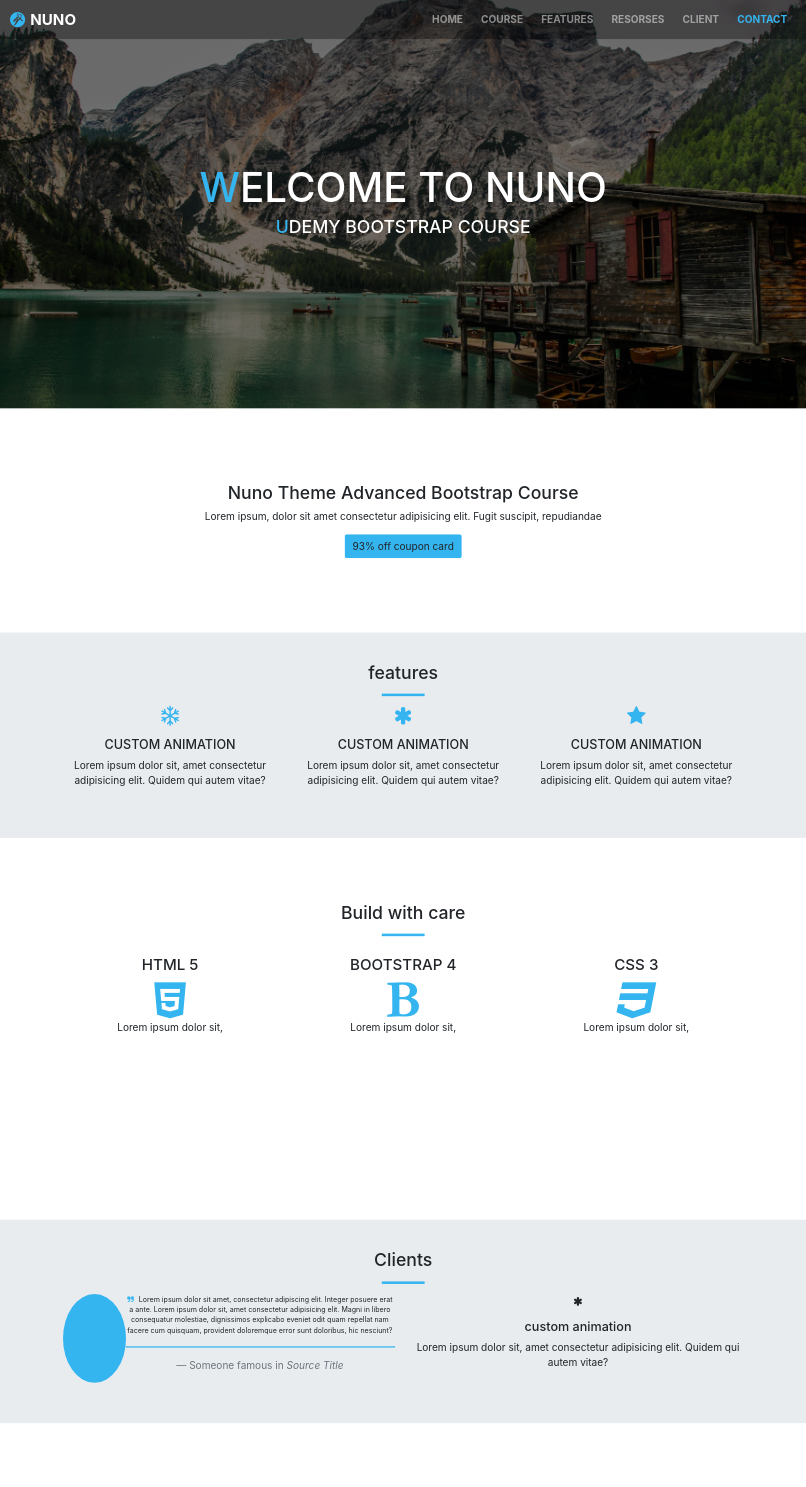
Repository: Mietlicha/bootstrap_template_exercise
Page: index.html
An editor plug-in stored every save of this project. The page is shown before and after the next save, followed by the edit.
The browser window is 1280 px wide. The pictures show the whole page, at 63% of full size.

Above is the page before, as saved 2019-11-19 22:29:59.

### index.html
<!DOCTYPE html>
<html lang="en">

<head>
    <meta charset="UTF-8">
    <meta name="viewport" content="width=device-width, initial-scale=1.0">
    <meta http-equiv="X-UA-Compatible" content="ie=edge">
    <title>Bootstrap template</title>
    <link rel="stylesheet" href="https://stackpath.bootstrapcdn.com/bootstrap/4.3.1/css/bootstrap.min.css"
        integrity="sha384-ggOyR0iXCbMQv3Xipma34MD+dH/1fQ784/j6cY/iJTQUOhcWr7x9JvoRxT2MZw1T" crossorigin="anonymous">
    <link rel="stylesheet" href="style.css">
    <link rel="stylesheet" href="https://cdnjs.cloudflare.com/ajax/libs/font-awesome/4.7.0/css/font-awesome.min.css">
</head>

<body data-spy="scroll" data-target="#main-nav">
    <!--------------------nav/home-------------------------------------------------------------------->
    <nav id="main-nav" class="navbar navbar-expand-md navbar-dark bg-dark font-weight-bold fixed-top">
        <a class="navbar-brand" href="#"><i class="fa fa-grav mr-2" aria-hidden="true"></i>Nuno</a>
        <button class="navbar-toggler" type="button" data-toggle="collapse" data-target="#navbarSupportedContent"
            aria-controls="navbarSupportedContent" aria-expanded="false" aria-label="Toggle navigation">
            <span class="navbar-toggler-icon"></span>
        </button>

        <div class="collapse navbar-collapse" id="navbarSupportedContent">
            <ul class="navbar-nav ml-auto">
                <li class="nav-item">
                    <a class="nav-link" href="#home">Home</a>
                </li>
                <li class="nav-item">
                    <a class="nav-link" href="#course">Course</a>
                </li>
                <li class="nav-item">
                    <a class="nav-link" href="#feature">Features</a>
                </li>
                <li class="nav-item">
                    <a class="nav-link" href="#resources">Resorses</a>
                </li>
                <li class="nav-item">
                    <a class="nav-link" href="#client">Client</a>
                </li>
                <li class="nav-item">
                    <a class="nav-link" href="#contact">Contact</a>
                </li>
        </div>
    </nav>
<!--------------------main----------------------------------------------------------------->
<main>
    <!--------------------home-------------------->
    <section id="home">
        <div class="home--landing-page">
        </div>
        <div class="home--caption">
            <h1>Welcome to Nuno</h1>
            <h3>Udemy bootstrap course</h3>
        </div>
    </section>

    <!--------------------corse-------------------->
    <section id="course" class="container text-center mt-5 mb-5">
        <header><h3>Nuno Theme Advanced Bootstrap Course</h3></header>
        <p>Lorem ipsum, dolor sit amet consectetur adipisicing elit. Fugit suscipit, repudiandae
        </p>
        <a href="#" class="btn btn-md" target="_blnk">93% off coupon card</a>
    </section>
    <!--------------------feature-------------------->
    <section id="feature">
            <div class="jumbotron jumbotron-fluid text-center pt-5">
                    <header><h3>features</h3></header>
                    <hr>
                    <div class="container d-md-flex">
                        <div class="feature-item col-md-4">
                            <i class="fa fa-snowflake-o" aria-hidden="true"></i>
                            <h5 class="pt-3">custom animation</h5>
                            <p>Lorem ipsum dolor sit, amet consectetur adipisicing elit. Quidem qui autem vitae?</p>
                        </div>
                        <div class="feature-item col-md-4">
                                <i class="fa fa-asterisk" aria-hidden="true"></i>
                                <h5 class="pt-3">custom animation</h5>
                                <p>Lorem ipsum dolor sit, amet consectetur adipisicing elit. Quidem qui autem vitae?</p>
                        </div>
                        <div class="feature-item col-md-4">
                                <i class="fa fa-star" aria-hidden="true"></i>
                                <h5 class="pt-3">custom animation</h5>
                                <p>Lorem ipsum dolor sit, amet consectetur adipisicing elit. Quidem qui autem vitae?</p>
                        </div>
                    </div>
                  </div>
    </section>
    <!--------------------Resourses-------------------->
    <section id="resources">
                <header><h3 class="text-center">Build with care</h3></header>
                <hr>
                <div class="container d-md-flex text-center">
                    <div class="resources-item col-md-4">
                        <h5 class="pt-3">Html 5</h5>
                        <i class="fa fa-html5" aria-hidden="true"></i>
                        <p>Lorem ipsum dolor sit,</p>
                    </div>
                    <div class="resources-item col-md-4">
                            <h5 class="pt-3">Bootstrap 4</h5>
                            <i class="fa fa-bold" aria-hidden="true"></i>
                            <p>Lorem ipsum dolor sit,</p>
                     </div>
                     <div class="resources-item col-md-4">
                            <h5 class="pt-3">CSS 3</h5>
                            <i class="fa fa-css3" aria-hidden="true"></i>
                            <p>Lorem ipsum dolor sit,</p>
                    </div>
                </div>
    </section>
    <!--------------------Client-------------------->
    <section id="client">
        <div class="jumbotron jumbotron-fluid text-center pt-5">
                <header><h3>Clients</h3></header>
                <hr class="client__main-hr">
                <div class="container d-md-flex">
                    <div class="feature-item col-md-6 d-md-flex">
                        <div class="foto"></div>
                        <blockquote class="blockquote">
                            <p class="mb-0">Lorem ipsum dolor sit amet, consectetur adipiscing elit. Integer posuere erat a ante. Lorem ipsum dolor sit, amet consectetur adipisicing elit. Magni in libero consequatur molestiae, dignissimos explicabo eveniet odit quam repellat nam facere cum quisquam, provident doloremque error sunt doloribus, hic nesciunt?</p>
                            <hr class="client__blockquote-hr text-left">
                            <footer class="blockquote-footer">Someone famous in <cite title="Source Title">Source Title</cite></footer>
                        </blockquote>
                    </div>
                    <div class="feature-item col-md-6">
                            <i class="fa fa-asterisk" aria-hidden="true"></i>
                            <h5 class="pt-3">custom animation</h5>
                            <p>Lorem ipsum dolor sit, amet consectetur adipisicing elit. Quidem qui autem vitae?</p>
                    </div>
                </div>
            </div>

    </section>
    <!--------------------Contact-------------------->
    <section id="contact">

    </section>
</main>

    <script src="https://code.jquery.com/jquery-3.3.1.slim.min.js"
        integrity="sha384-q8i/X+965DzO0rT7abK41JStQIAqVgRVzpbzo5smXKp4YfRvH+8abtTE1Pi6jizo"
        crossorigin="anonymous"></script>
    <script src="https://cdnjs.cloudflare.com/ajax/libs/popper.js/1.14.7/umd/popper.min.js"
        integrity="sha384-UO2eT0CpHqdSJQ6hJty5KVphtPhzWj9WO1clHTMGa3JDZwrnQq4sF86dIHNDz0W1"
        crossorigin="anonymous"></script>
    <script src="https://stackpath.bootstrapcdn.com/bootstrap/4.3.1/js/bootstrap.min.js"
        integrity="sha384-JjSmVgyd0p3pXB1rRibZUAYoIIy6OrQ6VrjIEaFf/nJGzIxFDsf4x0xIM+B07jRM"
        crossorigin="anonymous"></script>
</body>

</html>

### style.css
:root{
--main-colour: rgb(53, 181, 240);
font-size: 14px;
}

body{
    position: relative;
}

section:not(#home){
    padding-top: 70px;
}

/************************NAV******************************************/
.bg-dark {
    background-color: #0a0a0a60!important;
}

.navbar-dark .navbar-nav .nav-link:hover{
    color: rgb(255, 255, 255);
}

.nav-link{
    padding: 0 7rem;
}

#main-nav {
text-transform: uppercase;
}

#main-nav .navbar-brand{
    font-size: 1.5rem;
}

#main-nav .navbar-brand i{
    color: var(--main-colour);
}

.navbar-dark .navbar-nav .nav-link.active{
    color: var(--main-colour);
    font-weight: bold;
}

.navbar-dark .navbar-nav .nav-link{
    padding-top: .9rem;
}

/************************Home******************************************/
#home{
    position: relative;
}

.home--landing-page{
    background: linear-gradient(rgba(0, 0, 0, 0.534), rgba(0, 0, 0, 0.534)), url(img/tlo.jpg) center/cover no-repeat;
    width: 100vw;
    height: 90vh;
}

.home--caption{
    width: 100%;
    position: absolute;
    top: 40%;
    z-index: 3;
    text-align: center;
    color: #fff;
    text-transform: uppercase;
}

.home--caption h1{
    font-size: 4rem;
}

.home--caption h1::first-letter, .home--caption h3::first-letter{
    color: var(--main-colour);
}

/************************Course******************************************/
#course .btn{
    background-color: var(--main-colour);
}

/************************Feature******************************************/
#feature hr{
    width: 5%;
    border: 2px solid var(--main-colour);
}

#feature i{
    color: var(--main-colour);
    font-size: 2rem;
}

#feature .feature-item h5{
    text-transform: uppercase;
}

/************************Resources******************************************/
#resources{
min-height: 70vh;
}

#resources h5{
    font-size: 1.5rem;
    text-transform: uppercase;
}

#resources i{
    color: var(--main-colour);
    font-size: 4rem;
}

#resources hr{
    width: 5%;
    border: 2px solid var(--main-colour);
}

/************************Clients******************************************/
.client__main-hr{
    width: 5%;
    border: 2px solid var(--main-colour);
}

#client .foto{
    min-width: 100px;
    min-height: 100px;
    border-radius: 50%;
    background-color: var(--main-colour);
}

#client blockquote p::before{
    content: "\f10e ";
    font-family: FontAwesome;
    color: var(--main-colour);
    padding-right: 0.5rem;
}

.client__blockquote-hr{
    border: 0.5px solid var(--main-colour);
    width: 100%;
}


#client blockquote p{
    font-size: 0.7rem;
}

@media (min-width: 500px){
    :root{
        font-size: 16px;
    }
    }

    @media (min-width: 768px){
    .navbar-expand-md .navbar-nav .nav-link {
        padding-right: .9rem;
        padding-left: .9rem;
        padding-top: 0;
    }
    }

After the next save:
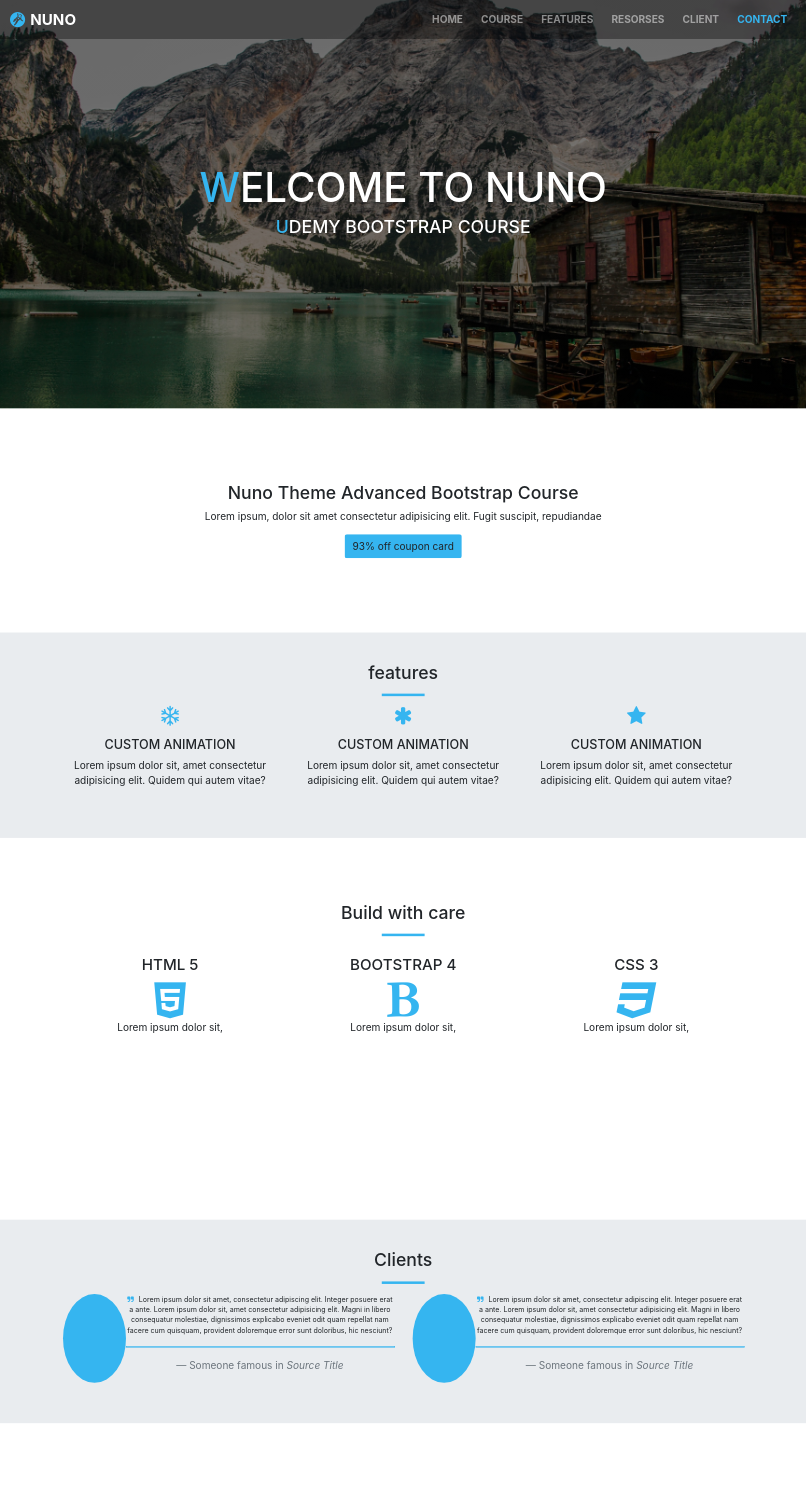
Saved 43 s later.
--- a/index.html
+++ b/index.html
@@ -122,10 +122,13 @@
                             <footer class="blockquote-footer">Someone famous in <cite title="Source Title">Source Title</cite></footer>
                         </blockquote>
                     </div>
-                    <div class="feature-item col-md-6">
-                            <i class="fa fa-asterisk" aria-hidden="true"></i>
-                            <h5 class="pt-3">custom animation</h5>
-                            <p>Lorem ipsum dolor sit, amet consectetur adipisicing elit. Quidem qui autem vitae?</p>
+                    <div class="feature-item col-md-6 d-md-flex">
+                        <div class="foto"></div>
+                        <blockquote class="blockquote">
+                            <p class="mb-0">Lorem ipsum dolor sit amet, consectetur adipiscing elit. Integer posuere erat a ante. Lorem ipsum dolor sit, amet consectetur adipisicing elit. Magni in libero consequatur molestiae, dignissimos explicabo eveniet odit quam repellat nam facere cum quisquam, provident doloremque error sunt doloribus, hic nesciunt?</p>
+                            <hr class="client__blockquote-hr text-left">
+                            <footer class="blockquote-footer">Someone famous in <cite title="Source Title">Source Title</cite></footer>
+                        </blockquote>
                     </div>
                 </div>
             </div>
